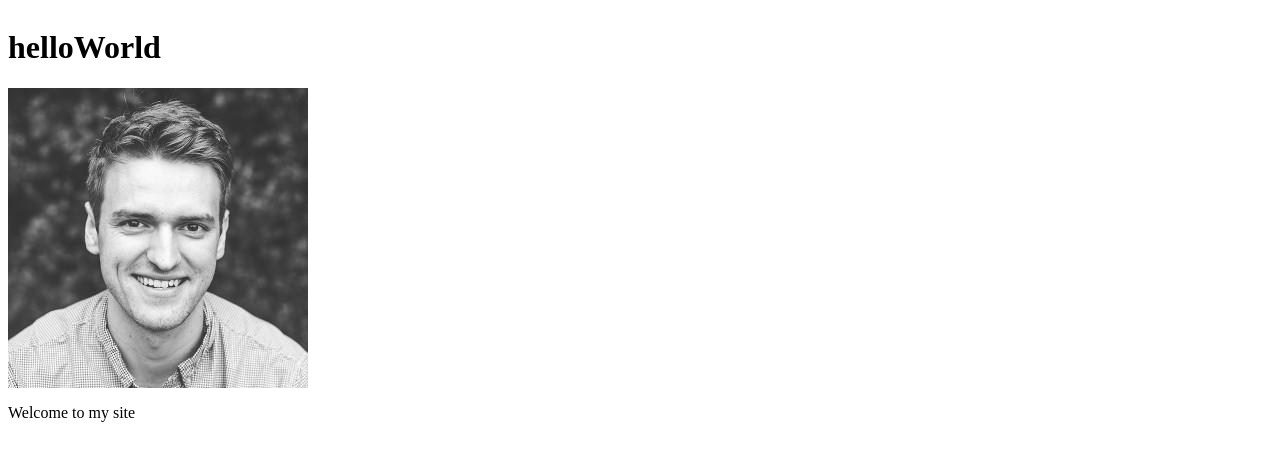
Repository: milespossing/Personal-Page
Page: index.html
An editor plug-in stored every save of this project. The page is shown before and after the next save, followed by the edit.
The browser window is 1280 px wide. The pictures show the whole page.

Above is the page before, as saved 2019-09-19 21:03:47.

### index.html
<head>
    <link rel="stylesheet" type="text/css" href="Styles/style.css"/>
</head>
<body>
    <div class="Site-Header">
        <h1>helloWorld</h1>
        <div>
            <img src="Images/simple-headshot.jpeg" class="Display-Picture"/>
        </div>
    </div>
    <p>Welcome to my site</p>
</body>

### Styles/style.css
body {

}

.site-header {
    display: flex;
    flex-direction: column;
}

After the next save:
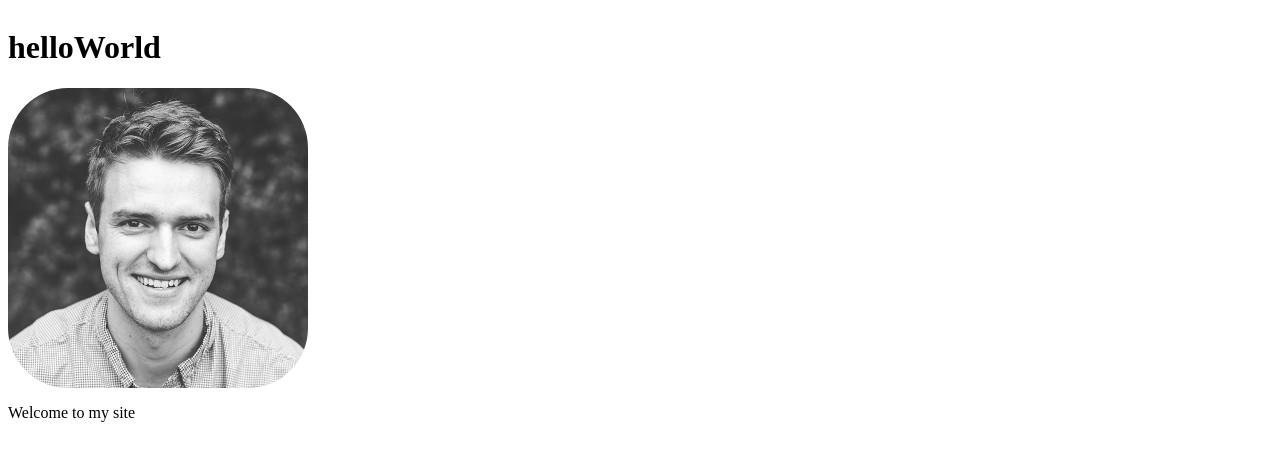
Saved 25 s later.
--- a/Styles/style.css
+++ b/Styles/style.css
@@ -5,4 +5,9 @@ body {
 .site-header {
     display: flex;
     flex-direction: column;
+
 }
+
+.display-picture {
+    border-radius: 20%;
+}
